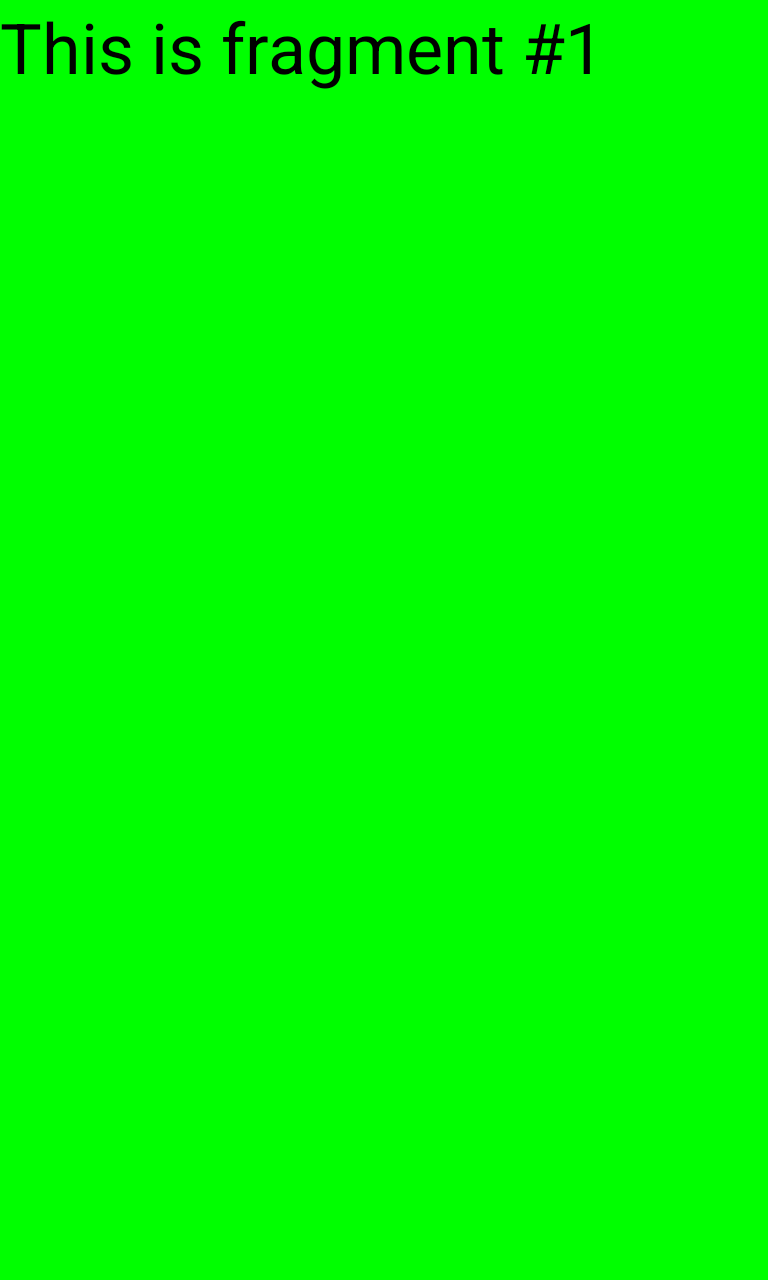
Repository: zieckey/androidworkspace
Layout: Fragments/res/layout/fragment1.xml
The author's editor kept a copy of each file at every save. The layout is drawn from the files as they stood at one save, then again after the next save.
It is drawn on a 768 x 1280 px phone screen (xhdpi) without system bars, with theme AppTheme; the app's code is not run.

Above is the layout before, as saved 2014-09-07 04:03:21.

### Fragments/res/layout/fragment1.xml
<LinearLayout xmlns:android="http://schemas.android.com/apk/res/android"
    xmlns:tools="http://schemas.android.com/tools"
    android:orientation="vertical"
    android:layout_width="match_parent"
    android:layout_height="match_parent"
    android:background="#00FF00" >

    <TextView
        android:layout_width="match_parent"
        android:layout_height="wrap_content"
        android:text="@string/fragment1_text_string"
        android:textColor="#000000"
        android:textSize="35sp" />

</LinearLayout>

### Fragments/res/values/strings.xml
<?xml version="1.0" encoding="utf-8"?>
<resources>

    <string name="app_name">Fragments</string>
    <string name="fragment1_text_string">This is fragment #1</string>
    <string name="action_settings">Settings</string>

</resources>

Loaded but not shown: Fragments/res/values/styles.xml (common file); Fragments/res/values-v11/styles.xml (common file); Fragments/res/values-v14/styles.xml (common file)

After the next save:
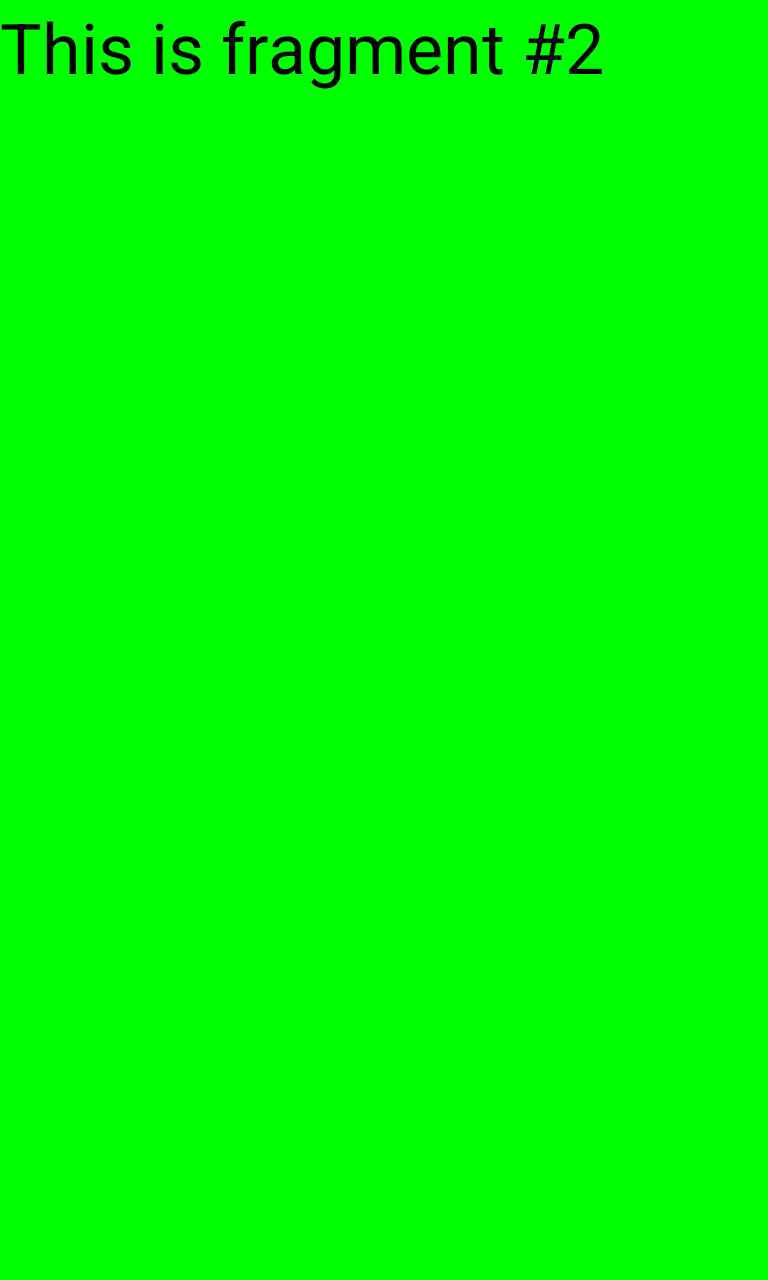
Saved 4 s later.
--- a/Fragments/res/values/strings.xml
+++ b/Fragments/res/values/strings.xml
@@ -3,6 +3,7 @@
 
     <string name="app_name">Fragments</string>
     <string name="fragment1_text_string">This is fragment #1</string>
+    <string name="fragment1_text_string">This is fragment #2</string>
     <string name="action_settings">Settings</string>
 
 </resources>
